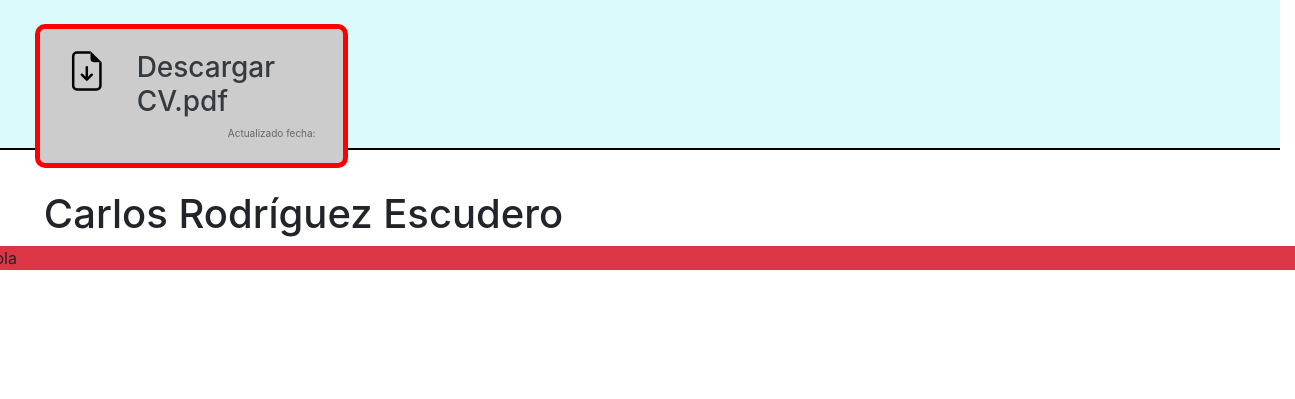
Repository: CarlosRoEs/CarlosWebCV
Page: index.html
The author's editor kept a copy of each file at every save. The page is drawn from the files as they stood at one save, then again after a run of saves.
The browser window is 1280 px wide. The page is 1295 px wide, so the pictures cover 1295 px, including what lies to the right of the window. The pictures show the whole page.
The style sheet was rebuilt from its Sass, Less or Tailwind sources for each picture, by a compiler version that may differ from the author's.

Above is the page before, as saved 2020-09-15 16:05:15.
Console error: ReferenceError: $ is not defined

After the next 2 saves:
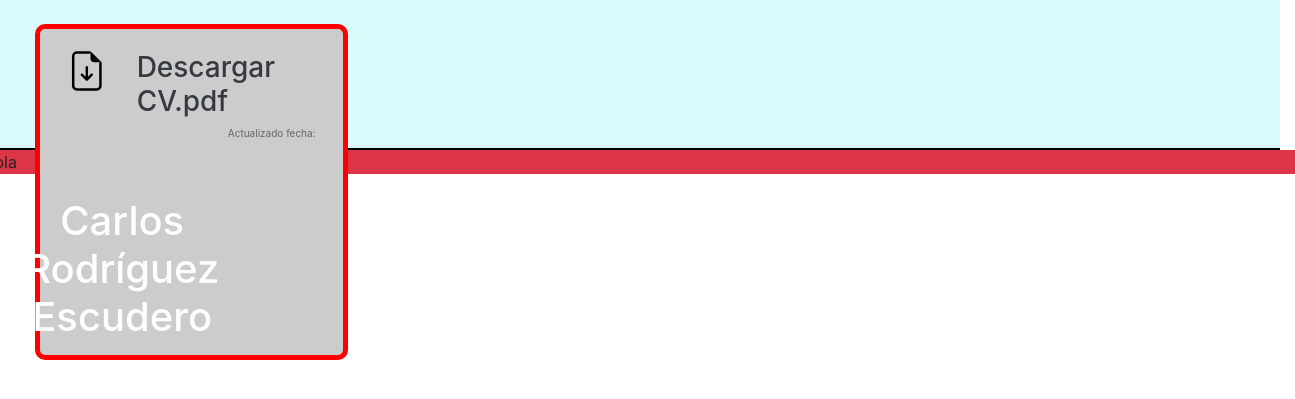
The 2 saves are shown as one change because they came seconds apart.
The last was saved 57 s later.
--- a/index.html
+++ b/index.html
@@ -22,10 +22,11 @@
                                     </svg>
                                     <h3 id="h3-header" class="col-9 mt-3 text-left text-dark">Descargar CV.pdf</h3>
                                     <p class="col-12 text-right text-black-50">Actualizado fecha:</p>
+                                    <div class="col-6 d-flex justify-content-center mt-4">
+                                        <h1 class="mt-3 mr-5 align-items-center">Carlos Rodríguez Escudero</h1>
+                                    </div>
                                 </div>
-                    <div class="col-6 d-flex justify-content-center mt-4">
-                        <h1 class="mt-3 mr-5 align-items-center">Carlos Rodríguez Escudero</h1>
-                    </div>
+
                 </div>
             </header>
 

After the save that followed:
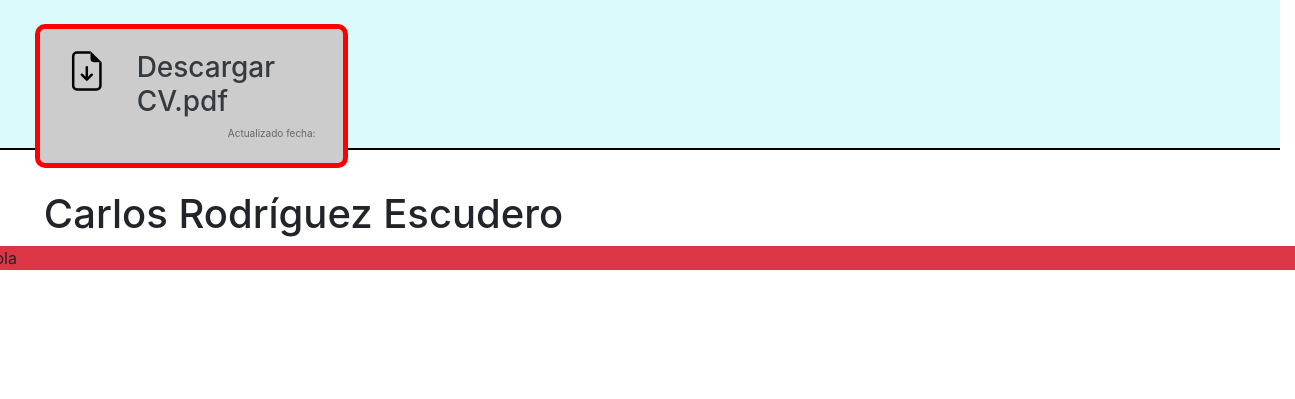
Saved 11 s later.
--- a/index.html
+++ b/index.html
@@ -22,11 +22,10 @@
                                     </svg>
                                     <h3 id="h3-header" class="col-9 mt-3 text-left text-dark">Descargar CV.pdf</h3>
                                     <p class="col-12 text-right text-black-50">Actualizado fecha:</p>
-                                    <div class="col-6 d-flex justify-content-center mt-4">
-                                        <h1 class="mt-3 mr-5 align-items-center">Carlos Rodríguez Escudero</h1>
-                                    </div>
                                 </div>
-
+                    <div class="col-6 d-flex justify-content-center mt-4">
+                        <h1 class="mt-3 mr-5 align-items-center">Carlos Rodríguez Escudero</h1>
+                    </div>
                 </div>
             </header>
 
